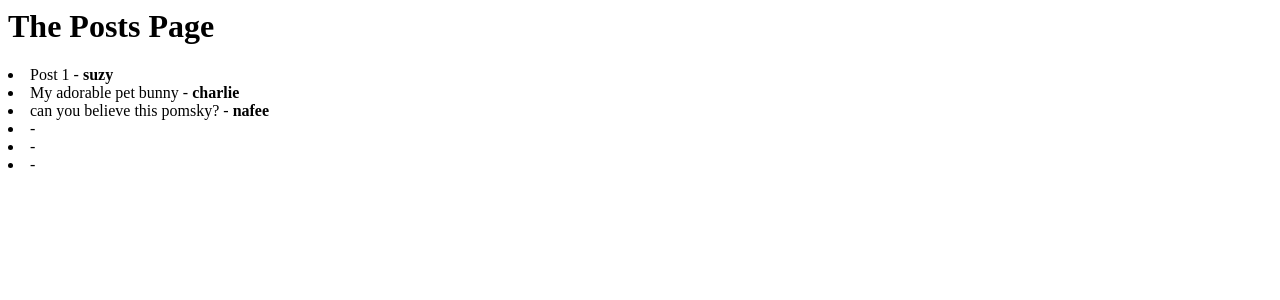
Repository: Nafeek30/WebProjects
Page: http://localhost/posts
The author's editor kept a record of every edit. The page is drawn from the files as they stood at one moment, then again after the next edit.
The browser window is 1280 px wide. The pictures show the whole page.
The page is served by the project's Node server (MoreExpress/EJSDemo/app.js).

Above is the page before.

After the next edit:
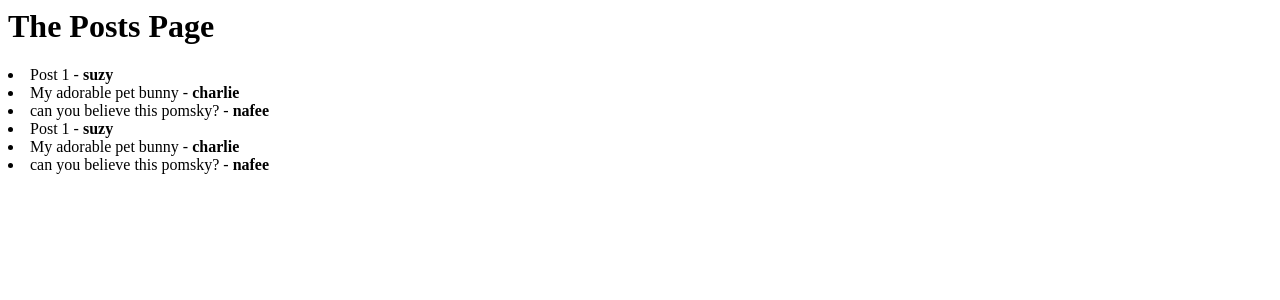
The edit:
--- a/Cloud 9 projects/MoreExpress/EJSDemo/views/posts.ejs
+++ b/Cloud 9 projects/MoreExpress/EJSDemo/views/posts.ejs
@@ -13,6 +13,6 @@
 <!--we can also use a foreach loop to do this in which case we won't need to use the i and we can just call it 'post' in the function -->
 <% posts.forEach(function(post){ %>
 <li>
-    <%=this.title %> - <strong><%=this.author%></strong>
+    <%=post.title %> - <strong><%=post.author%></strong>
 </li>
 <% });%>
